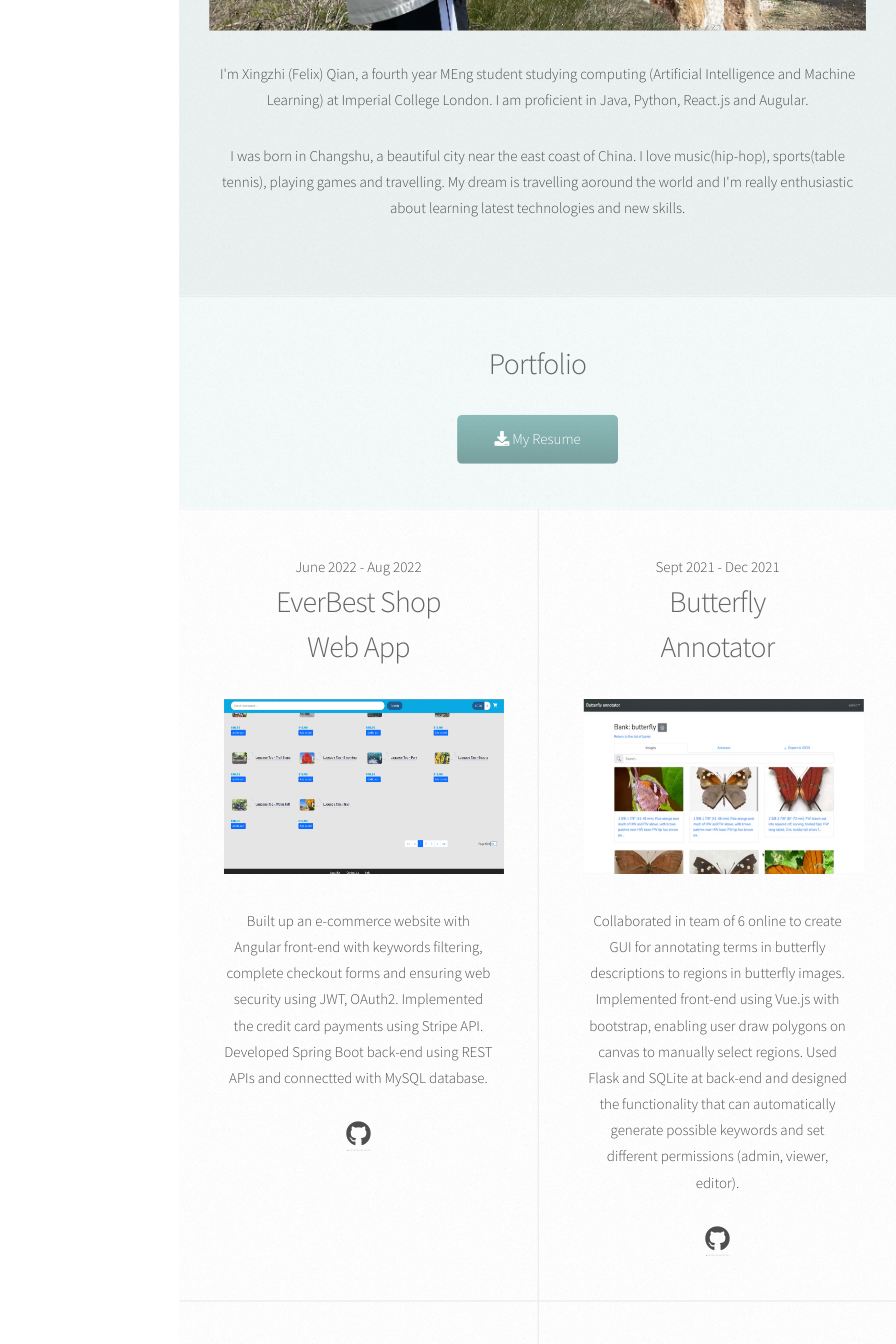
Repository: Felixqxz/Felixqxz.github.io
Page: index.html
These files come from the project's save history. The page is drawn as it stood at one moment and after the next save; the edit follows.
The browser window is 1280 px wide. The pictures show the part of the page from y = 1352 to 3272 px (the page is 5910 px tall before and 5873 px after), at 70% of full size.

Above is the page before, as saved 2022-08-04 23:15:42.

After the next save:
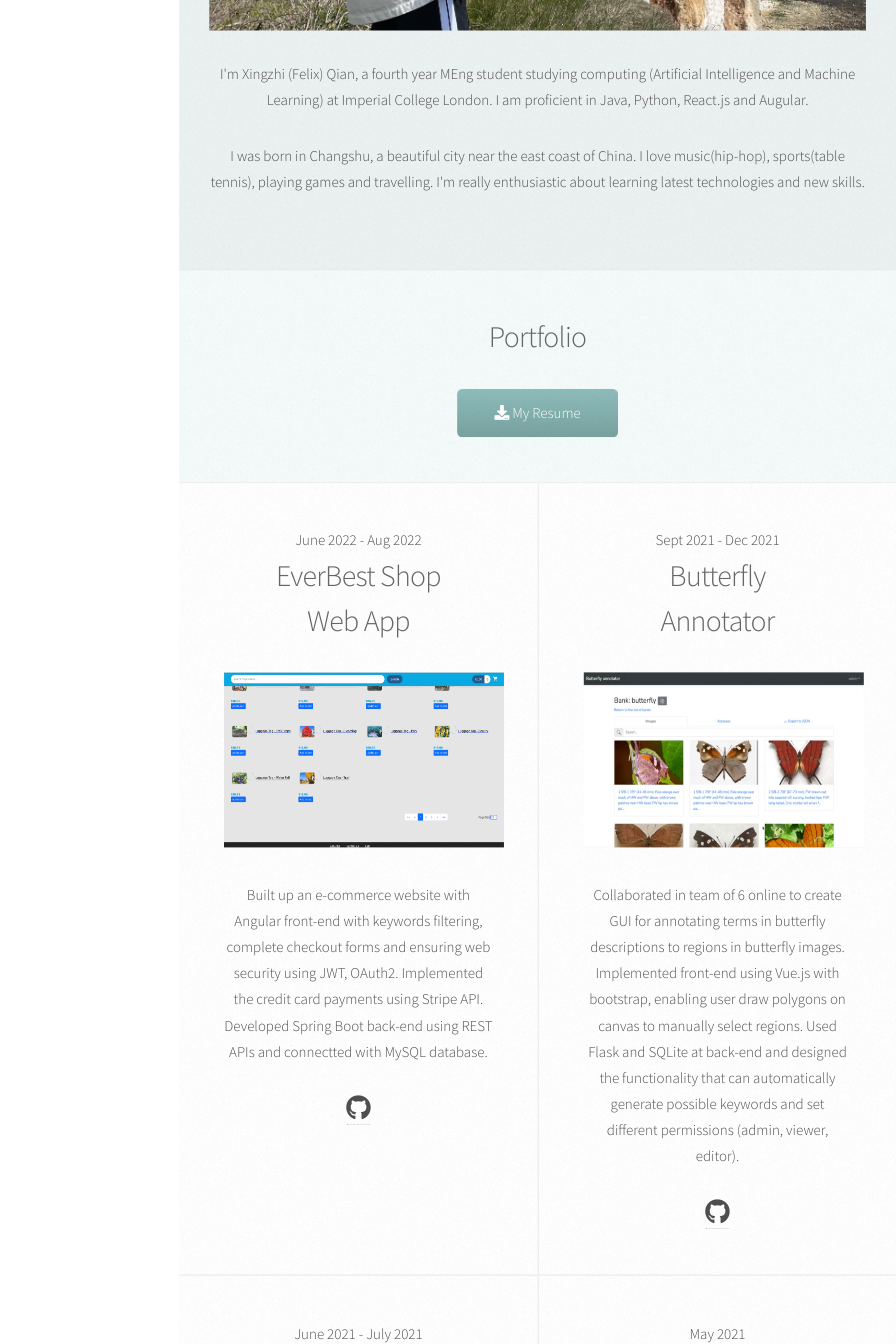
Saved 7 s later.
--- a/index.html
+++ b/index.html
@@ -85,7 +85,7 @@
 							<p>I'm Xingzhi (Felix) Qian, a fourth year MEng student studying computing (Artificial Intelligence and Machine Learning)
 								at Imperial College London. I am proficient in Java, Python, React.js and Augular. </p>
 							<p>I was born in Changshu, a beautiful city near the east coast of China. I love music(hip-hop), sports(table tennis),
-								 playing games and travelling. My dream is travelling aoround the world and
+								 playing games and travelling.
 								I'm really enthusiastic about learning latest technologies and new skills.
 							</p>
 
